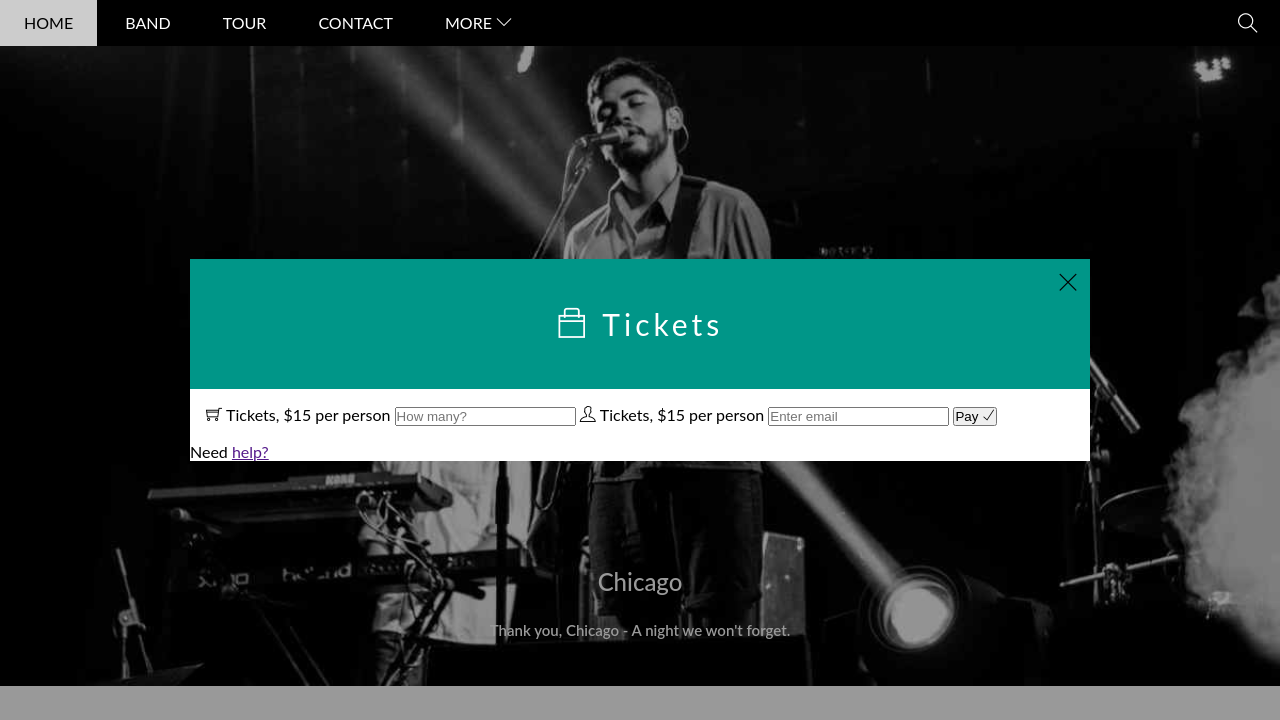
Repository: tatvanhco/web-dau-tay
Page: index.html
An editor plug-in stored every save of this project. The page is shown before and after the next save, followed by the edit.
The browser window is 1280 px wide. The pictures show the window.
A layer covers the whole window, so only the first screen is drawn.

Above is the page before, as saved 2022-01-24 17:52:30.

After the next save:
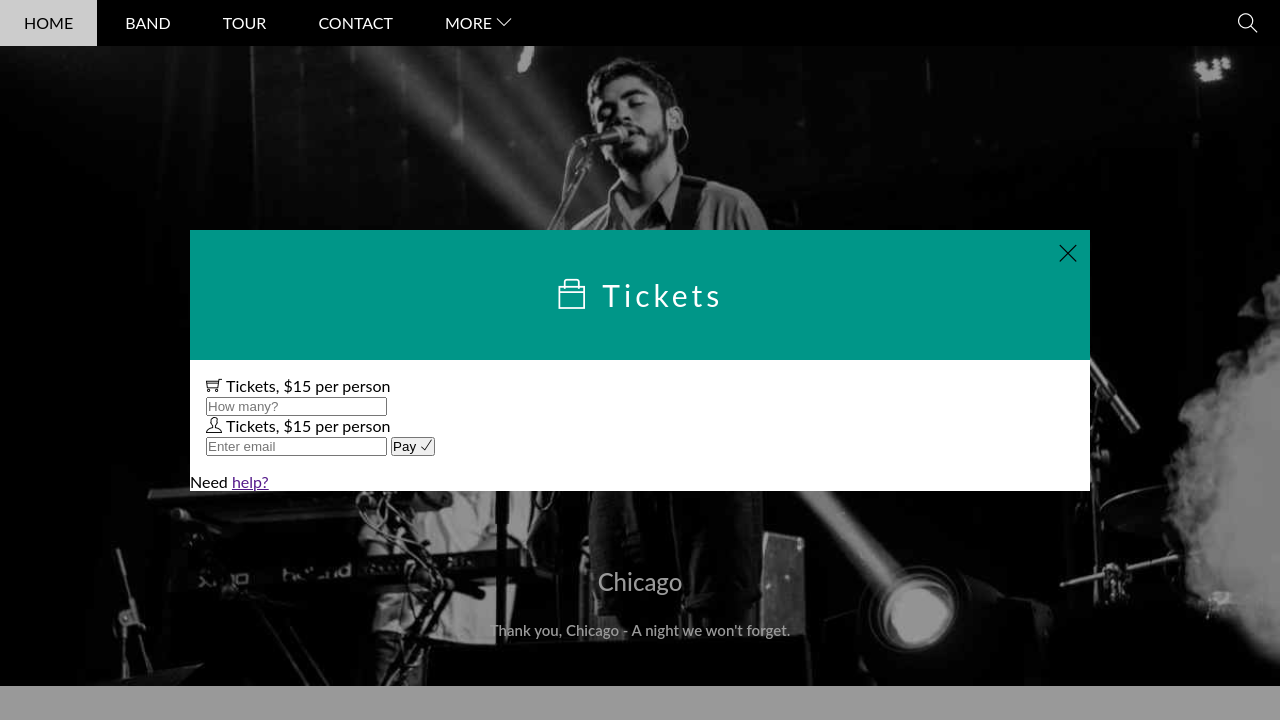
Saved 41 s later.
--- a/assets/css/style.css
+++ b/assets/css/style.css
@@ -409,5 +409,8 @@ header.modal-header {
 
 .modal-body {
     padding: 16px;
+}
+
+label.modal-label {
     display: block;
 }
